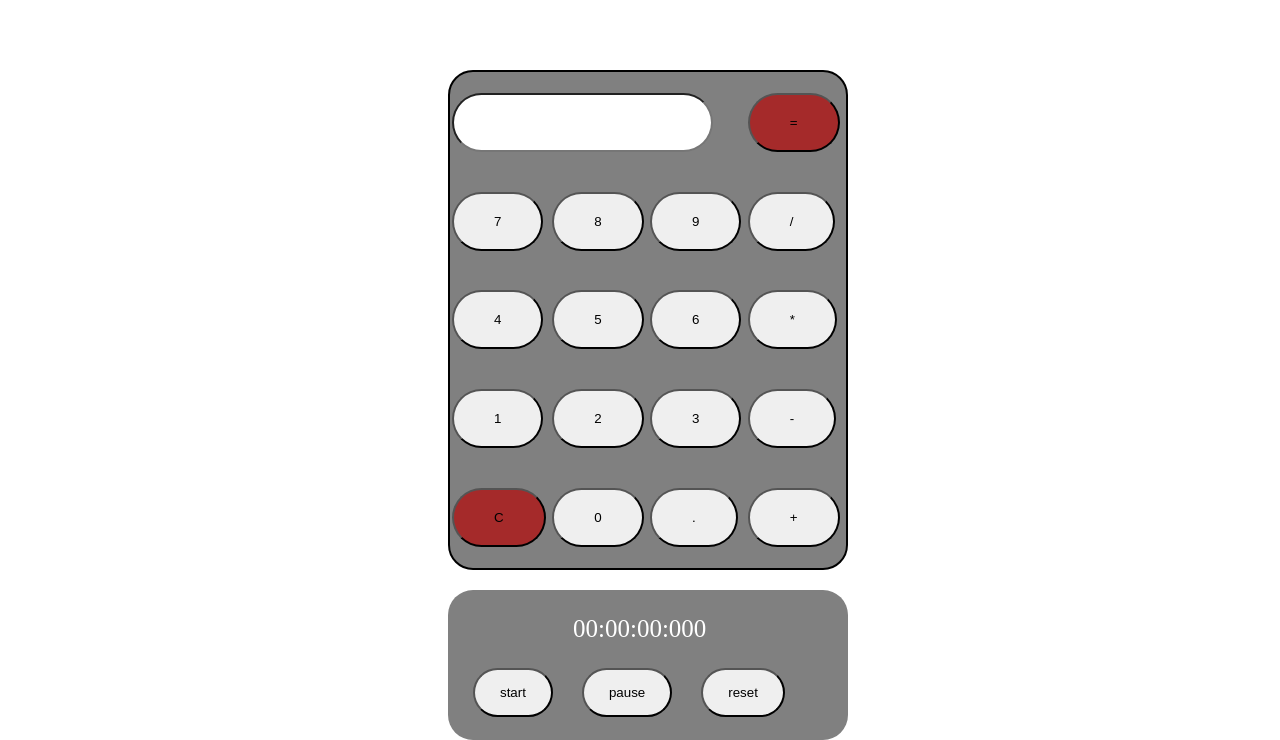
Repository: Seryozha02/CalculatorAndStopwatch
Page: calculator.html
An editor plug-in stored every save of this project. The page is shown before and after a run of saves, followed by the edit.
The browser window is 1280 px wide. The pictures show the whole page.

Above is the page before, as saved 2022-10-03 18:47:07.

### calculator.html
<!DOCTYPE html>
<html lang="en">
<head>
  <meta charset="UTF-8">
  <meta http-equiv="X-UA-Compatible" content="IE=edge">
  <meta name="viewport" content="width=device-width, initial-scale=1.0">
  <link rel="stylesheet" href="calculator.css">
  <title>Calcuator</title>
</head>
<body>
  <div>
  <table id="calculator">
    <tr>
      <td colspan="3"><input type="text" id="result"></td>
      <td><input type="button" value="=" onclick="calculate()" id="btn"></td>
    </tr>
    <tr>
      <td><input type="button" value="7" onclick="display(('7'))"></td>
      <td><input type="button" value="8" onclick="display(('8'))"></td>
      <td><input type="button" value="9" onclick="display(('9'))"></td>
      <td><input type="button" value="/" onclick="display(('/'))"></td>
    </tr>
    <tr>
      <td><input type="button" value="4" onclick="display(('4'))"></td>
      <td><input type="button" value="5" onclick="display(('5'))"></td>
      <td><input type="button" value="6" onclick="display(('6'))"></td>
      <td><input type="button" value="*" onclick="display(('*'))"></td>
    </tr>
    <tr>
      <td><input type="button" value="1" onclick="display(('1'))"></td>
      <td><input type="button" value="2" onclick="display(('2'))"></td>
      <td><input type="button" value="3" onclick="display(('3'))"></td>
      <td><input type="button" value="-" onclick="display(('-'))"></td>
    </tr>
    <tr>
      <td><input type="button" value="C" onclick="clearScreen()" id="btn"></td>
      <td><input type="button" value="0" onclick="display(('0'))"></td>
      <td><input type="button" value="." onclick="display(('.'))"></td>
      <td><input type="button" value="+" onclick="display(('+'))"></td>
    </tr>
  </table>
  <form id="stopWatch">
    <div>
    <span id="hour">00</span>:<span id="minute">00</span>:<span id="seconds">00</span>:<span id="milliSeconds">000</span>
  </div>
    <br>
    <button class="start" value="start">start</button>
    <button class="pause" value="pause"> pause</button>
    <button class="reset" value="reset"> reset</button>
  </form>
</div>
</body>
  <script src="calculator.js"></script>
</html>

### calculator.css
* {
    margin: 0;
    padding: 0;
    text-decoration: none;
    box-sizing: border-box;
}

/* body {
    background-image: url(./18936069-3d-numbers-wallpaper.webp);
    background-repeat: no-repeat;
    background-size: cover;
} */

#calculator {
    width: 400px;
    height: 500px;
    border-radius: 25px;
    background-color: gray;
    border: 2px black solid;
    margin-left: 35%;
    margin-top: 70px;
}


table tr td input{
    border-radius: 30px;
    padding: 20px 40px;
    color: black;

}

input[type=button] {
    cursor: pointer;
}

#btn {
    background-color: brown;
}

#stopWatch {
    width: 400px;
    height: 150px;
    border-radius: 25px;
    background-color: gray;
    margin-left: 35%;
    margin-top: 20px;
}

form div {
    color: white;
    font-size: 25px;
    display: inline-block;
    padding: 25px;
    margin-left: 100px;
}

form button {
    padding: 15px 25px;
    margin-left: 25px;
    border-radius: 25px;
}

### calculator.js
// Calculator's part

function clearScreen() {
    document.getElementById("result").value = ""
}

function display(value) {
    document.getElementById("result").value += value;
}

function calculate() {
    const sum = document.getElementById("result").value;
    const res = eval(sum)
    document.getElementById("result").value = res
}


// Stopwatch's part

After the next 2 saves:
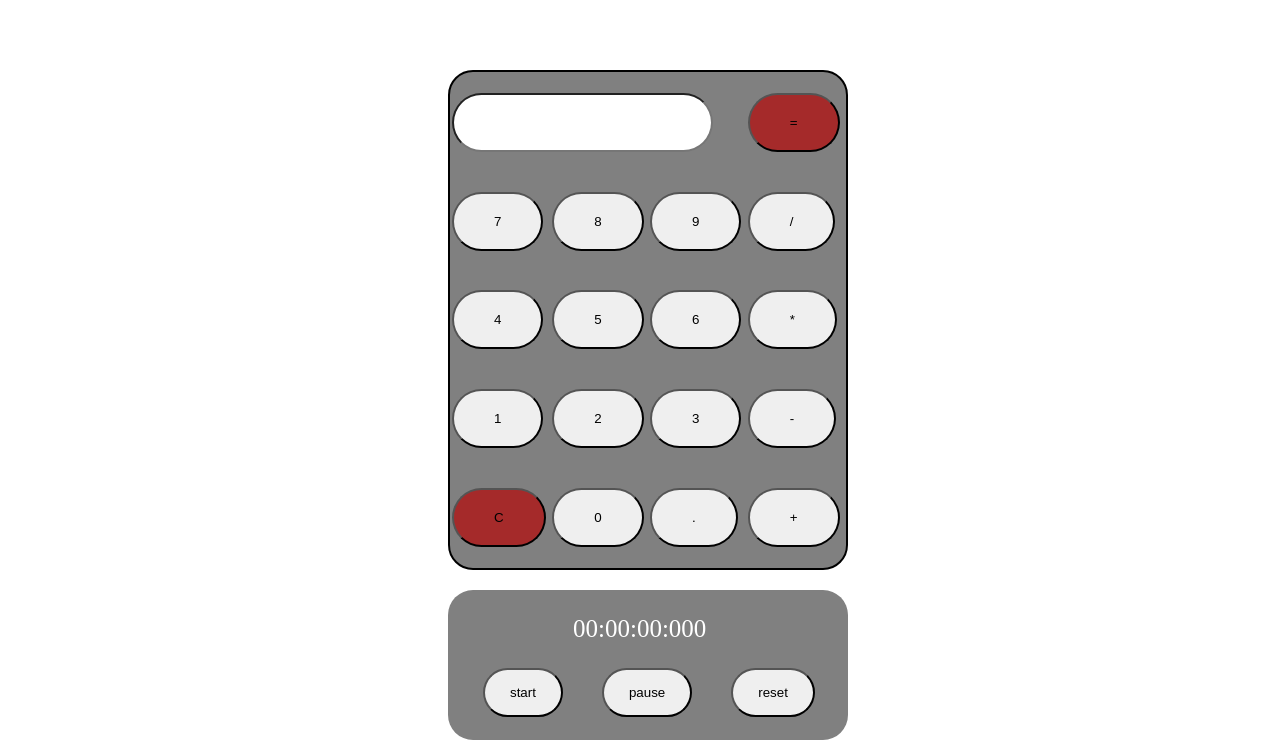
The 2 saves are shown as one change because they came seconds apart.
The last was saved 7 s later.
--- a/calculator.css
+++ b/calculator.css
@@ -56,6 +56,6 @@
 
 form button {
     padding: 15px 25px;
-    margin-left: 25px;
+    margin-left: 35px;
     border-radius: 25px;
 }
